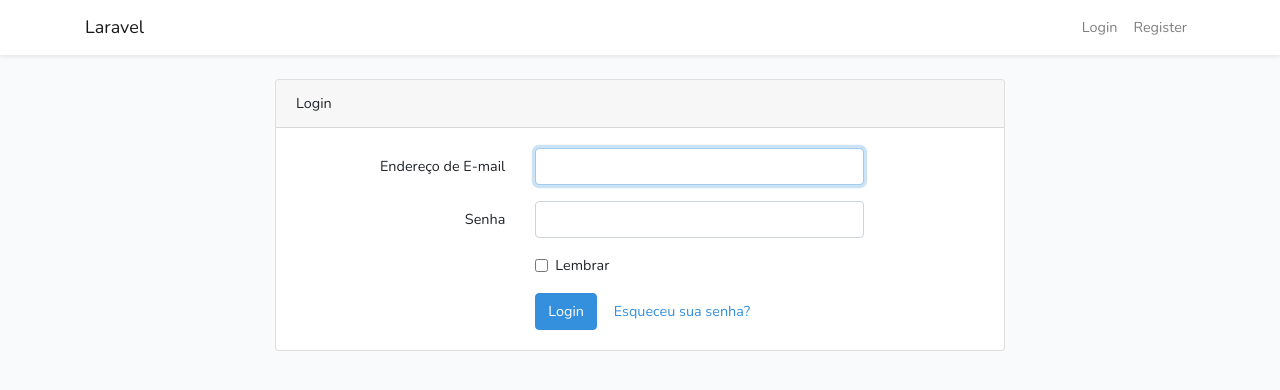
Repository: souzalu/Opala
Page: http://localhost/login
The author's editor kept a copy of each file at every save. The page is drawn from the files as they stood at one save, then again after the next save.
The browser window is 1280 px wide. The pictures show the whole page.
The page is served by the project's Laravel application, run on PHP 8.4 with Laravel 8.

Above is the page before, as saved 2020-09-18 21:13:16.

After the next save:
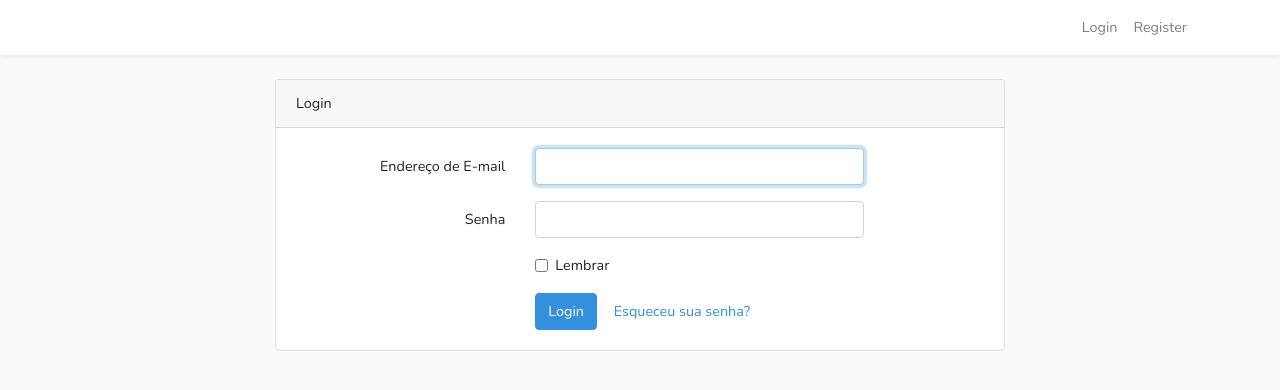
Saved 45 s later.
--- a/resources/views/layouts/app.blade.php
+++ b/resources/views/layouts/app.blade.php
@@ -24,7 +24,7 @@
         <nav class="navbar navbar-expand-md navbar-light bg-white shadow-sm">
             <div class="container">
                 <a class="navbar-brand" href="{{ url('/') }}">
-                    {{ config('app.name', 'Laravel') }}
+
                 </a>
                 <button class="navbar-toggler" type="button" data-toggle="collapse" data-target="#navbarSupportedContent" aria-controls="navbarSupportedContent" aria-expanded="false" aria-label="{{ __('Toggle navigation') }}">
                     <span class="navbar-toggler-icon"></span>
